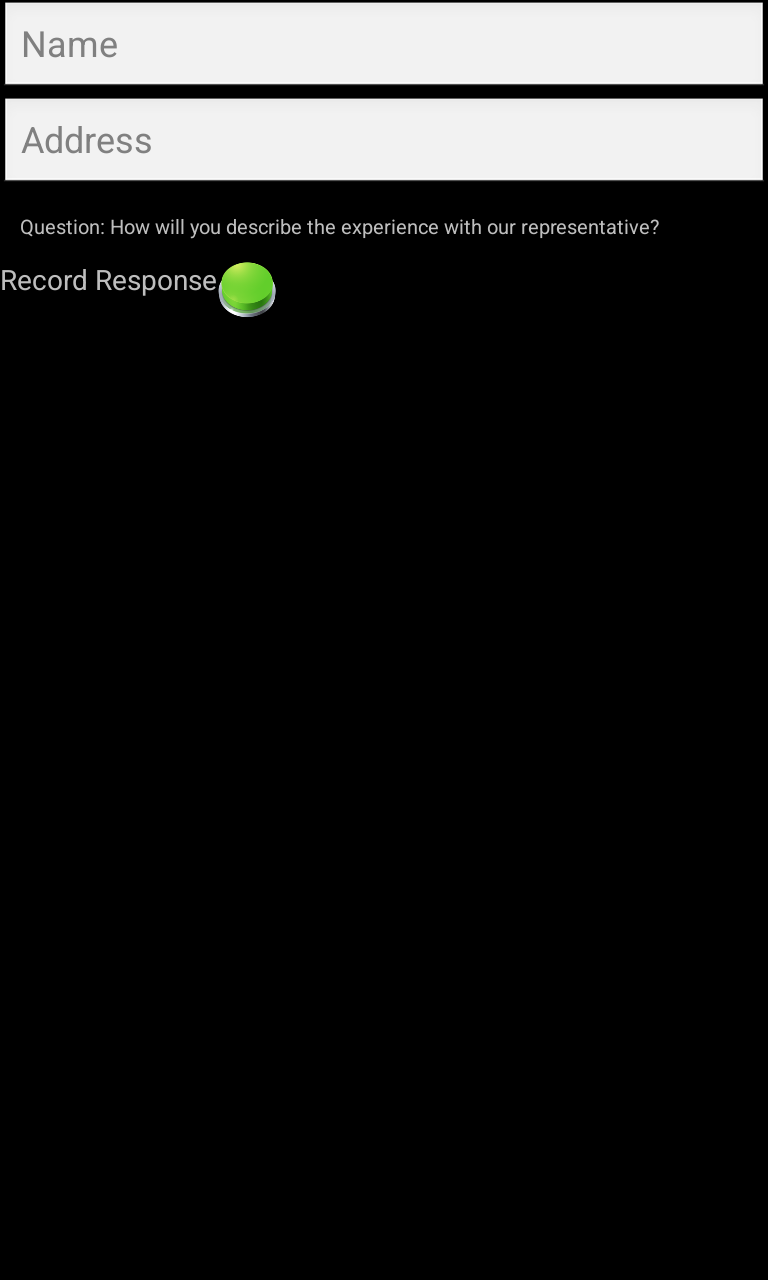
Repository: Anmol92verma/SurveyApp
Layout: SoundServey/res/layout/activity_main.xml
An editor plug-in stored every save of this project. The layout is shown before and after the next save, followed by the edit.
It is drawn on a 768 x 1280 px phone screen (xhdpi) without system bars, with theme android:Theme.Black; the app's code is not run.

Above is the layout before, as saved 2015-02-21 16:48:10.

After the next save:
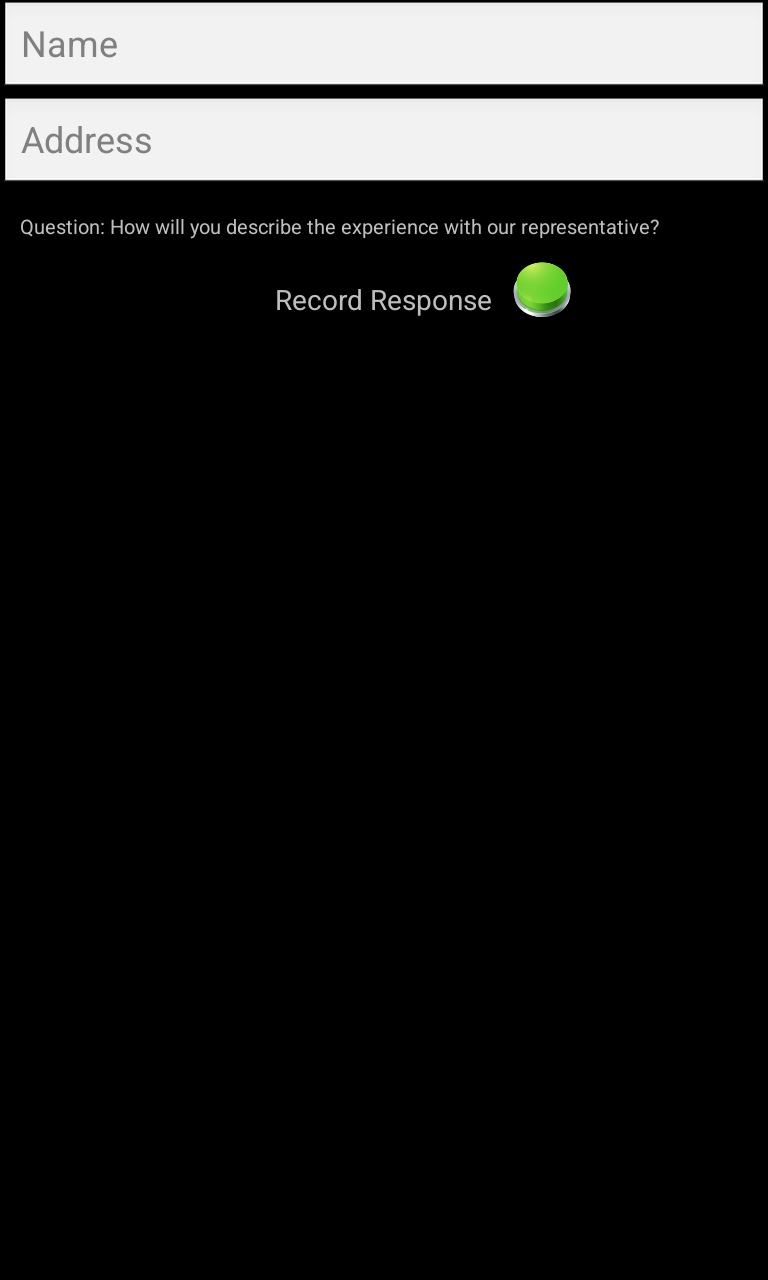
Saved 48 s later.
--- a/SoundServey/res/layout/activity_main.xml
+++ b/SoundServey/res/layout/activity_main.xml
@@ -37,11 +37,13 @@
                 android:layout_width="match_parent"
                 android:layout_height="wrap_content" >
 
-                  <TextView
+                <TextView
                     android:id="@+id/textview_recording"
                     android:layout_width="wrap_content"
-                    android:gravity="center_vertical"
                     android:layout_height="wrap_content"
+                    android:layout_centerHorizontal="true"
+                    android:layout_centerVertical="true"
+                    android:padding="@dimen/dimen_paddingtext"
                     android:text="@string/string_recording" />
 
                 <ImageView
@@ -51,8 +53,6 @@
                     android:layout_toRightOf="@+id/textview_recording"
                     android:contentDescription="@null"
                     android:src="@drawable/start" />
-
-
             </RelativeLayout>
         </LinearLayout>
     </ScrollView>
